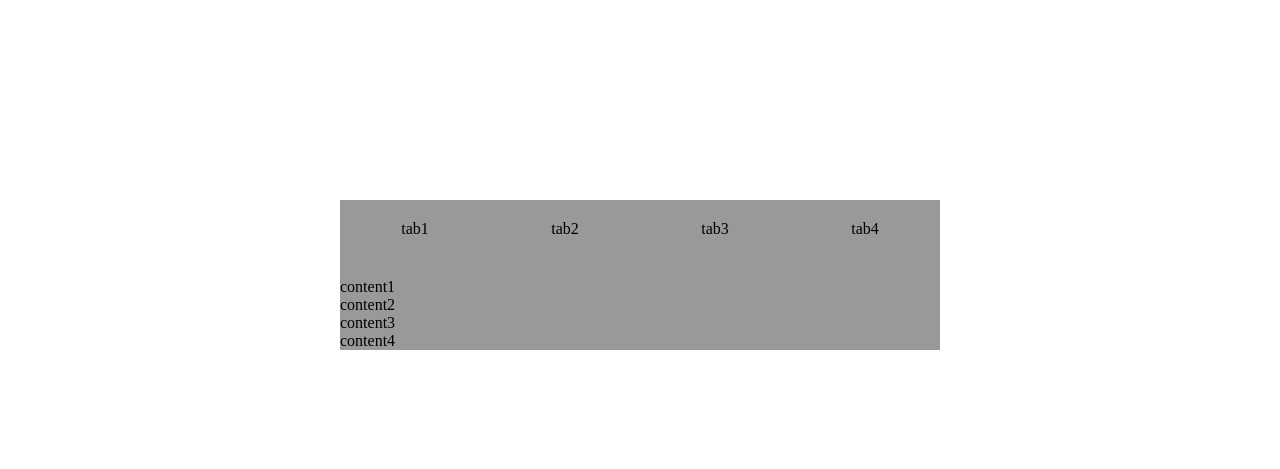
Repository: PCTai/javascript-coban
Page: tab UI/index.html
An editor plug-in stored every save of this project. The page is shown before and after the next save, followed by the edit.
The browser window is 1280 px wide. The pictures show the whole page.

Above is the page before, as saved 2022-02-09 16:49:23.

After the next save:
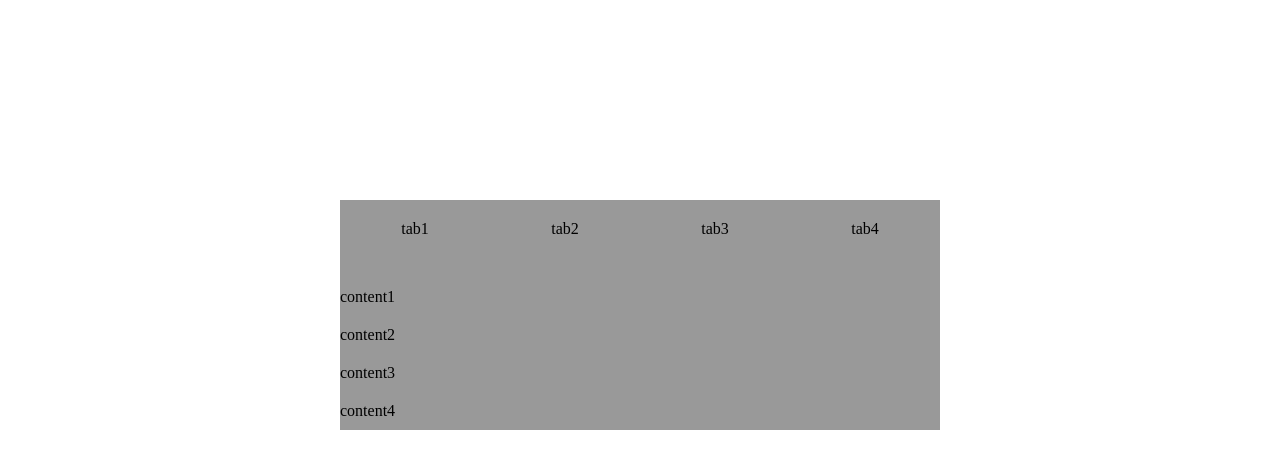
Saved 27 s later.
--- a/tab UI/style.css
+++ b/tab UI/style.css
@@ -21,3 +21,6 @@
 .box{
     margin-top: 20px;
 }
+.box-item{
+    padding: 10px 0;
+}
